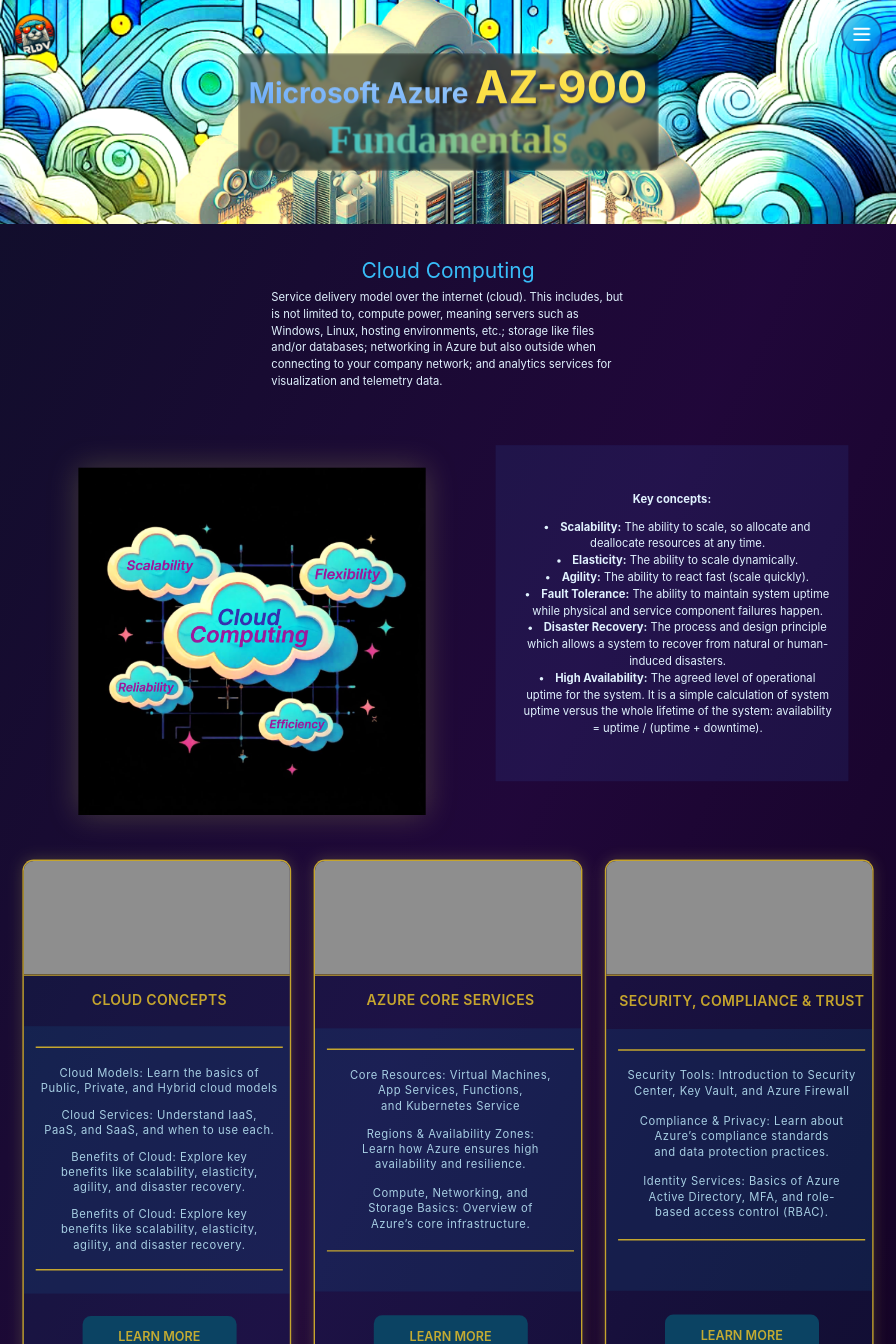
Repository: Freezler/az-900_svelte5
Page: /
The author's editor kept a copy of each file at every save. The page is drawn from the files as they stood at one save, then again after the next save.
The browser window is 1280 px wide. The pictures show the part of the page from y = 0 to 1920 px (the page is 2706 px tall), at 70% of full size.
Pictures or frames that could not be fetched are drawn as grey boxes. The project was rebuilt for these pictures with package versions that can differ from the ones it lists, and the page was loaded fresh each time. The framework's server and built-in components were replaced by stand-ins that run in the browser. Also part of the build but not shown: vite.config.ts.

Above is the page before, as saved 2024-11-10 10:38:00.

After the next save:
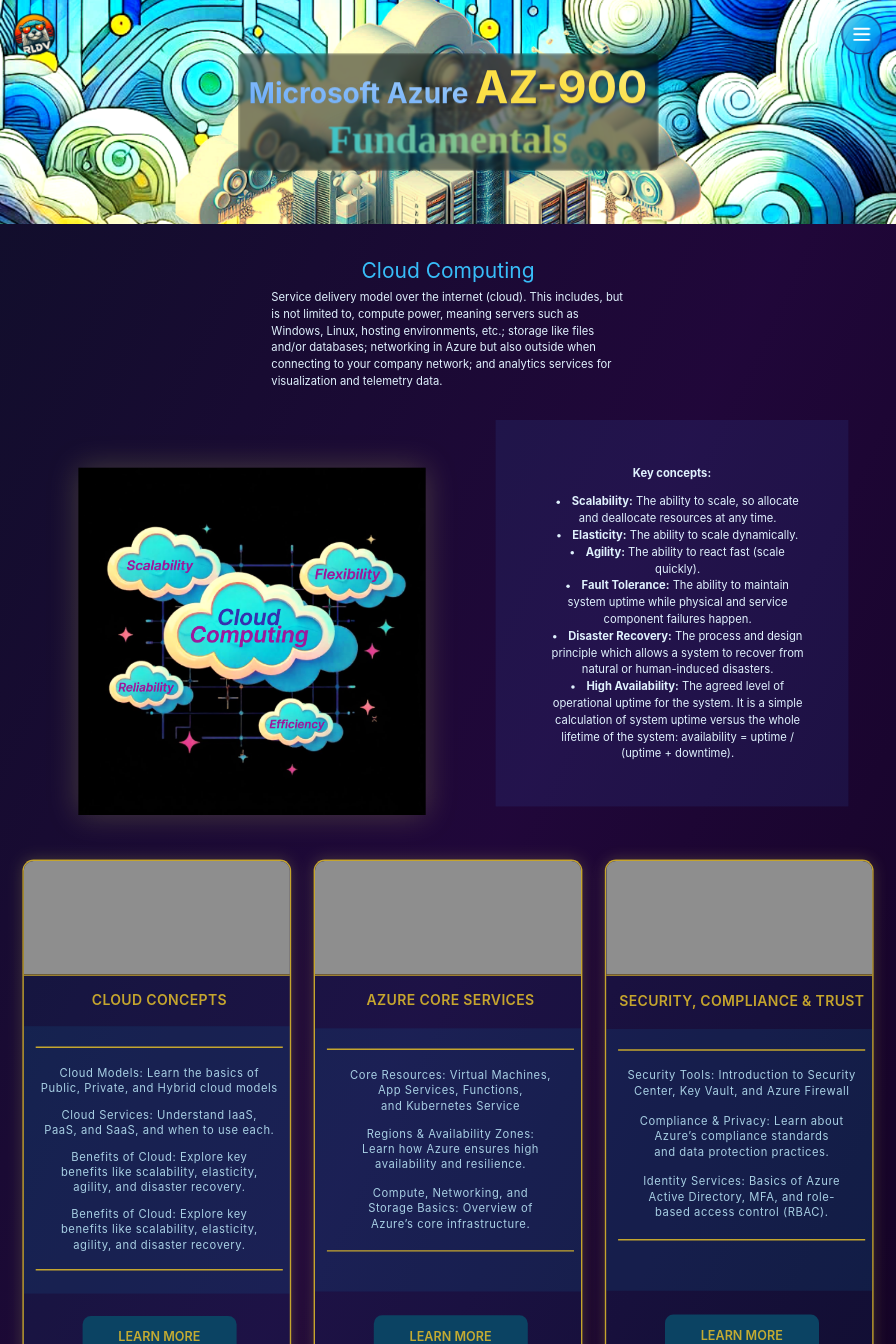
Saved 7 s later.
--- a/src/components/ComputingArticle.svelte
+++ b/src/components/ComputingArticle.svelte
@@ -17,7 +17,7 @@
 		class=" text-sky-100 drop-shadow-[0_0px_22px_rgba(255,255,99,0.2)] "
 	/>
 	<article
-		class="my-8 grid items-center justify-center gap-4 place-self-center bg-blue-500/10 px-6 py-16 text-sky-100 lg:max-w-[50ch]"
+		class="my-8 grid items-center justify-center gap-4 place-self-center bg-blue-500/10 px-16 py-16 text-sky-100 lg:max-w-[50ch]"
 	>
 		<p><strong>Key concepts:</strong></p>
 		<ul class="list-inside list-disc pl-4">
